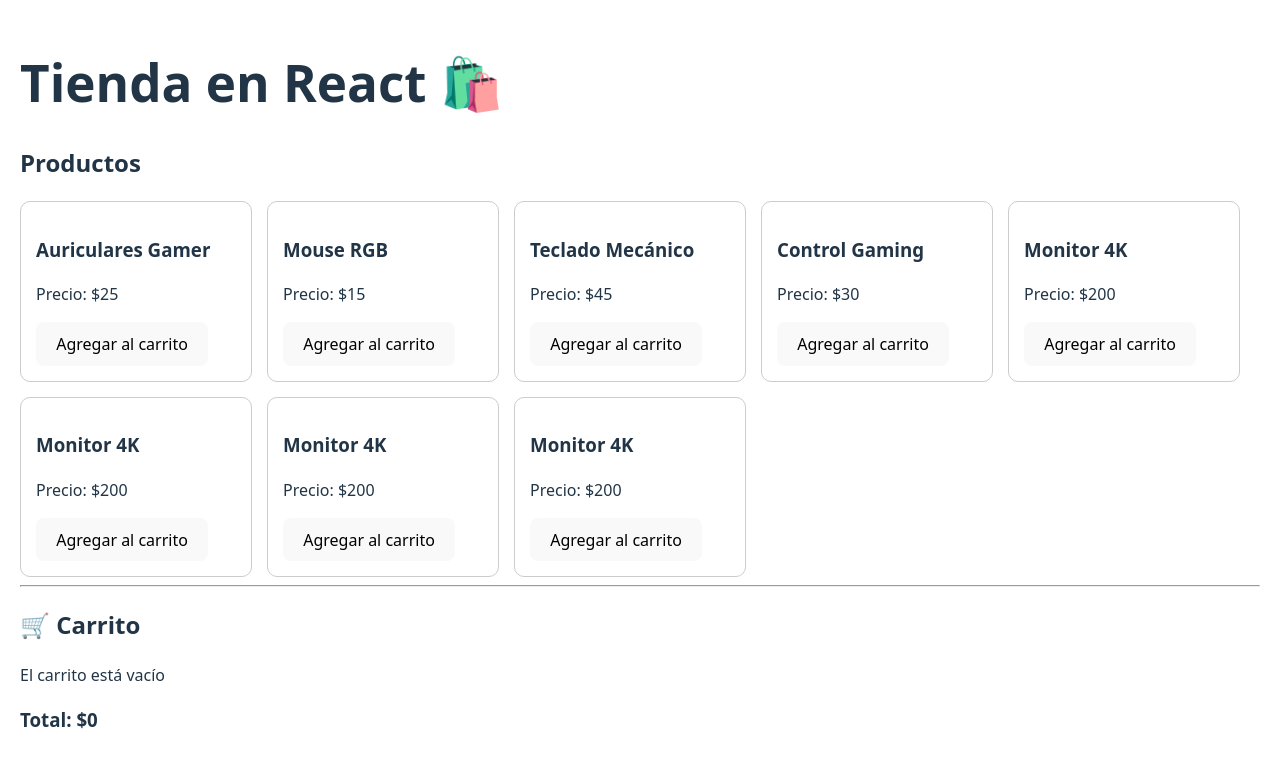
Repository: VictorDS64/PP-STDPROJECTS
Page: / (app in .Mi segunda pagina con react/mi-app-react/)
The author's editor kept a copy of each file at every save. The page is drawn from the files as they stood at one save, then again after the next save.
The browser window is 1280 px wide. The pictures show the whole page.
The project was rebuilt for these pictures with package versions that can differ from the ones it lists, and the page was loaded fresh each time. Also part of the build but not shown: .Mi segunda pagina con react/mi-app-react/vite.config.js.

Above is the page before, as saved 2026-01-08 21:03:30.

After the next save:
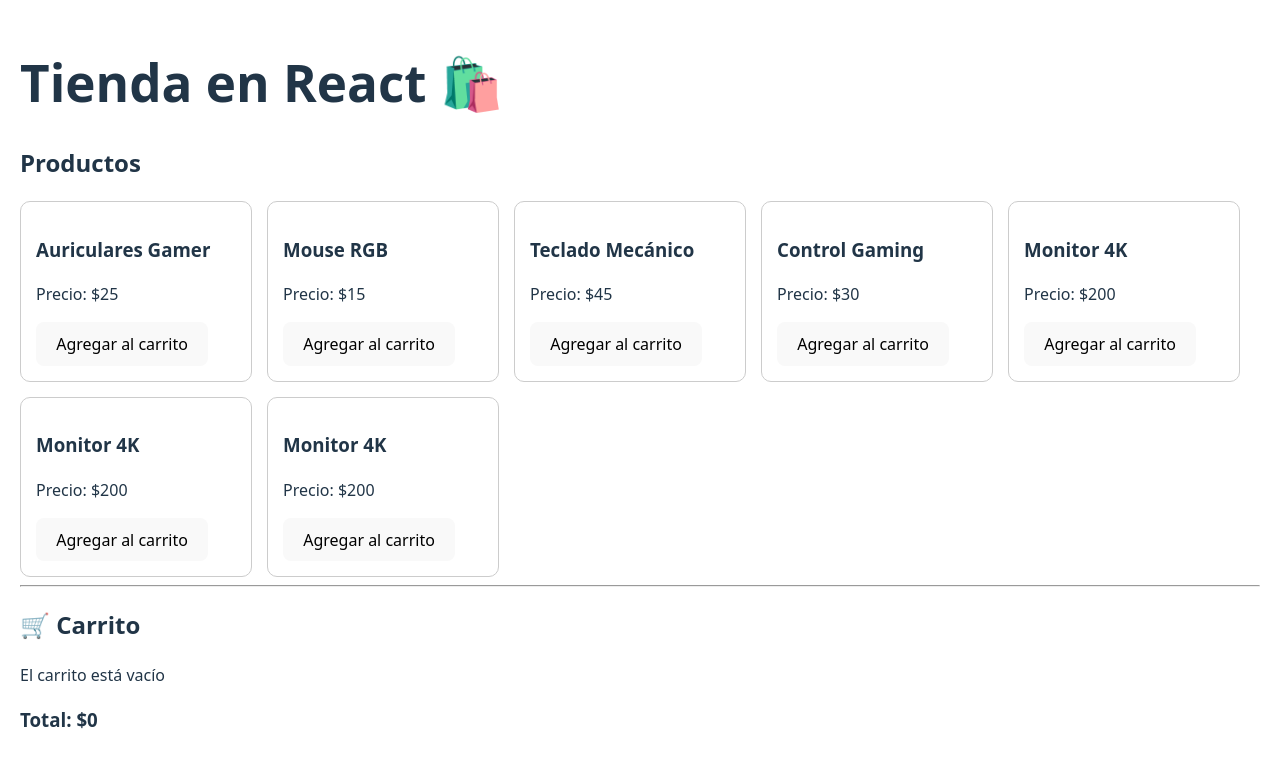
Saved 7 s later.
--- a/.Mi segunda pagina con react/mi-app-react/src/data/products.js
+++ b/.Mi segunda pagina con react/mi-app-react/src/data/products.js
@@ -6,7 +6,6 @@ const products = [
   { id: 5, name: "Monitor 4K", price: 200 },
   { id: 5, name: "Monitor 4K", price: 200 },
   { id: 5, name: "Monitor 4K", price: 200 },
-  { id: 5, name: "Monitor 4K", price: 200 },
 
 ];
 
